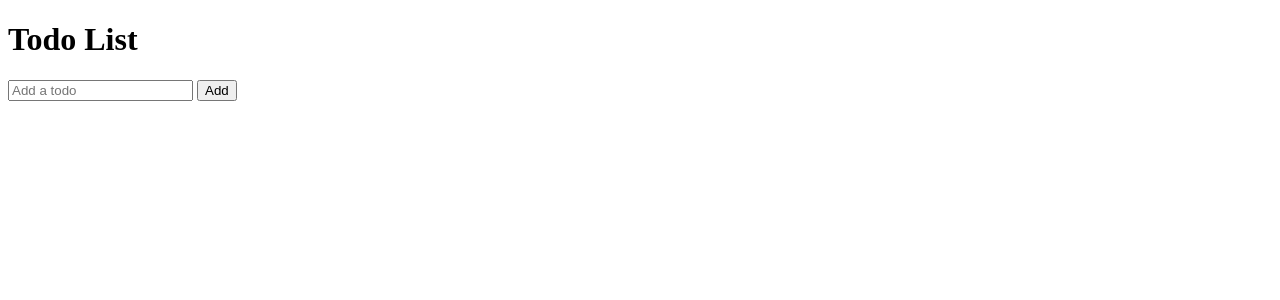
Repository: ble-syn/Todo-list
Page: index.html
The author's editor kept a copy of each file at every save. The page is drawn from the files as they stood at one save, then again after the next save.
The browser window is 1280 px wide. The pictures show the whole page.
Empty fields were first filled with sample values (such as "Sample", 5 or name@example.com).
After loading, the first visible `button` was clicked once.

Above is the page before, as saved 2022-10-25 18:23:46.

After the next save:
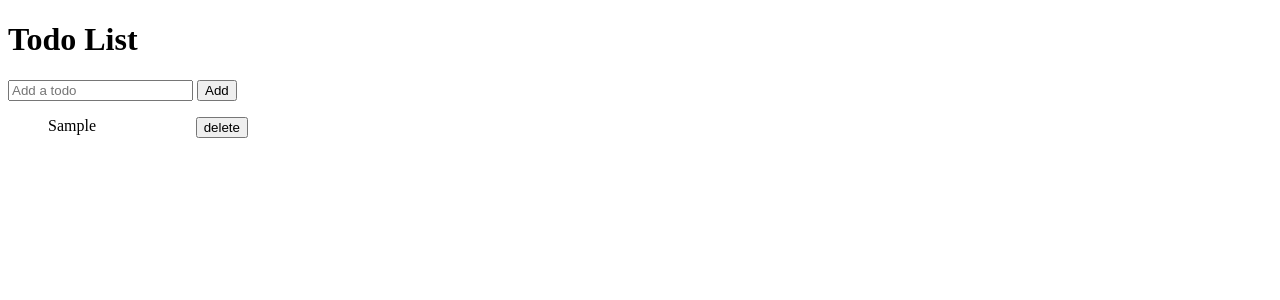
Saved 3 min 59 s later.
--- a/app.js
+++ b/app.js
@@ -10,10 +10,10 @@ function render() {
   console.log(
       getLocalStorage
   )
-  return
-  if (getLocalStorage != null) {
+  let new_div = '';
+  // if (getLocalStorage != null) {
     getLocalStorage.forEach((element) => {
-      items = `
+      new_div += `
               <li class="li" style="display: flex; justify-content: space-between; width: 200px;">
                   <span>${element}</span>
                   <button id="del" onclick="delFunc()">delete</button>
@@ -21,10 +21,10 @@ function render() {
               </li>
           `;
     });
-  }
+  // }
 
   console.log(todoArray)
-  todoList.innerHTML = items;
+  todoList.innerHTML = new_div;
 
 }
 
